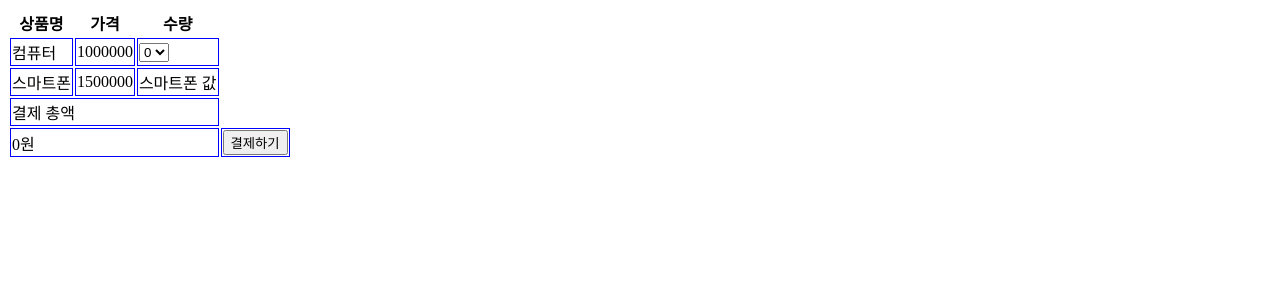
Repository: to-flatwhite1/JSP
Page: http://localhost/JSP08/
The author's editor kept a copy of each file at every save. The page is drawn from the files as they stood at one save, then again after the next save.
The browser window is 1280 px wide. The pictures show the whole page.
The page is served by Tomcat 9.

Above is the page before, as saved 2024-05-16 05:37:22.

### JSP08/src/main/webapp/index.jsp
<%@ page language="java" contentType="text/html; charset=utf-8"
    pageEncoding="utf-8"%>
<!DOCTYPE html>
<html>
	<head>
		<meta charset="utf-8">
		<title>데이터 전송 실습</title>
	</head>
	<style>
	</style>
	<body>
		<table>
			<tr>
				<th>상품명</th>
				<th>가격</th>
				<th>수량</th>
			</tr>
			<tr>
				<td>컴퓨터</td>
				<td>1000000</td>
				<td>
					<form>
					<select>
						<option>0</option>
						<option>1</option>
						<option>2</option>
						<option>3</option>
					</select>
					</form>
				</td>
			</tr>
			<tr>
				<td>스마트폰</td>
				<td>1500000</td>
				<td>스마트폰 값</td>
			</tr>
			<tr>
				<td colspan="3" >결제 총액</td>
			</tr>
			<tr>
				<td colspan="3">0원</td>
				<td>
				<form>
				<input type="submit" value="결제하기">
				</form>
				</td>
			</tr>
		</table>
		<script>
		let tds=document.getElementsByTagName("td")
		for(let i=0; i<tds.length; i++){
					tds[i].setAttribute("style","border:1px solid blue");
				}
		</script>
	</body>
</html>

After the next save:
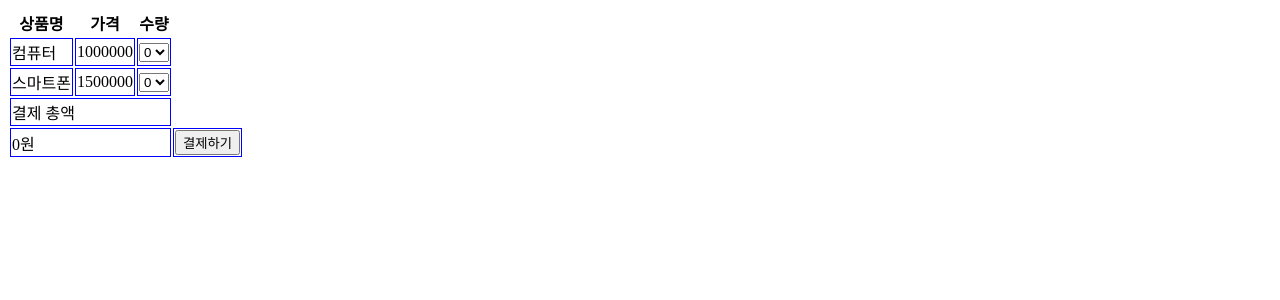
Saved 28 s later.
--- a/JSP08/src/main/webapp/index.jsp
+++ b/JSP08/src/main/webapp/index.jsp
@@ -32,7 +32,13 @@
 			<tr>
 				<td>스마트폰</td>
 				<td>1500000</td>
-				<td>스마트폰 값</td>
+				<td><select>
+						<option>0</option>
+						<option>1</option>
+						<option>2</option>
+						<option>3</option>
+					</select>
+				</td>
 			</tr>
 			<tr>
 				<td colspan="3" >결제 총액</td>
